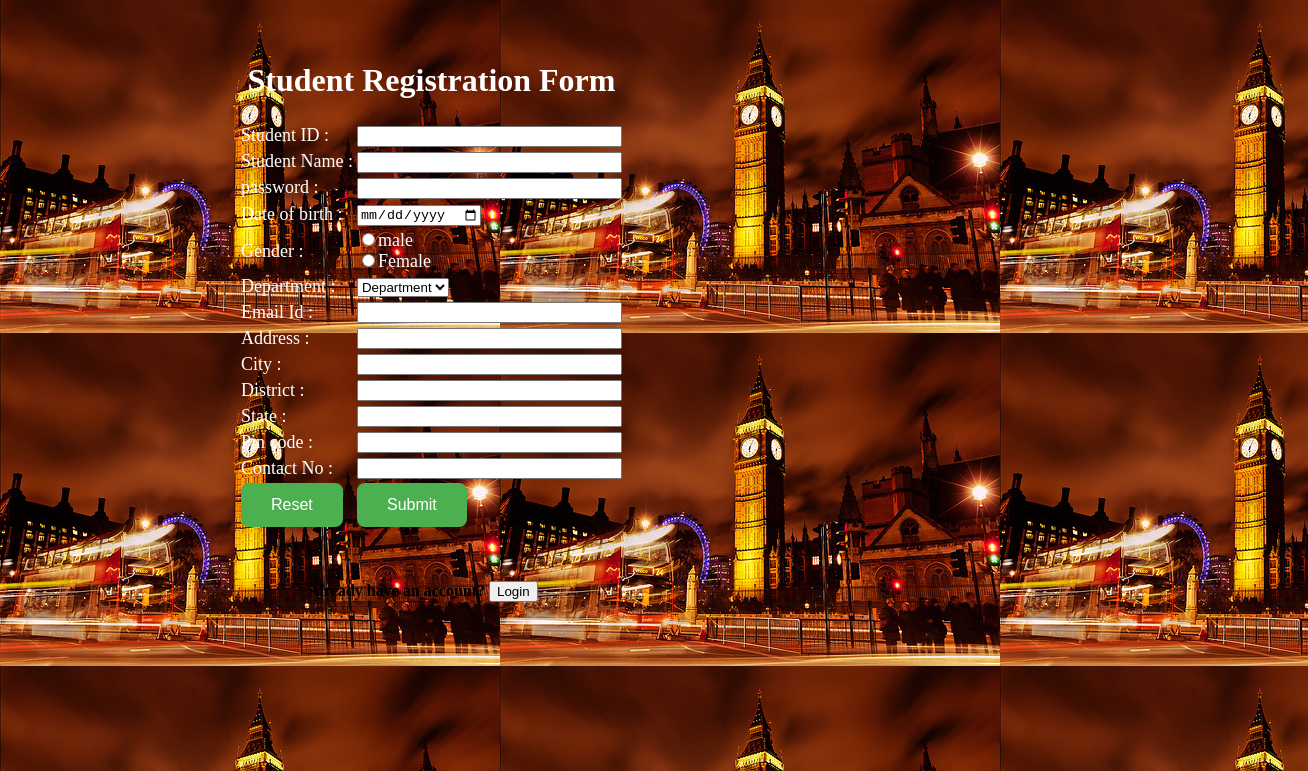
Repository: srikanthModugu/jdbc-servlet-jsp
Page: SutudentRegistration/WebContent/Registration.html
The author's editor kept a copy of each file at every save. The page is drawn from the files as they stood at one save, then again after the next save.
The browser window is 1280 px wide. The page is 1308 px wide, so the pictures cover 1308 px, including what lies to the right of the window. The pictures show the whole page.

Above is the page before, as saved 2017-10-02 14:45:09.
Console error: SyntaxError: Unexpected end of input

### SutudentRegistration/WebContent/Registration.html
<!DOCTYPE html>
<html>
<head>
<meta charset="UTF-8">
<title>Registration Page</title>
<style type="text/css">
.button {
	border: none;
	border-radius: 8px;
	color: white;
	padding: 13px 30px;
	text-align: center;
	text-decoration: none;
	background-color: #4CAF50;
	display: inline-block;
	font-size: 16px;
}

input[type=submit]
{
	border: none;
	border-radius: 8px;
	color: white;
	padding: 13px 30px;
	text-align: center;
	text-decoration: none;

	display: inline-block;
	font-size: 16px;
}

button:hover {
	background-color: #4CAF50;
	color: white;
	box-shadow: 0 12px 16px 0 rgba(0, 0, 0, 0.24), 0 17px 50px 0
		rgba(0, 0, 0, 0.19);
}

td {
	font-size: 18px;
}
</style>

<script type="text/javascript">
function validateform(){
	var name=document.myform.studentName.value;
	var password=document.myform.password.value;

	if (name==null || name==""){
	  alert("Name can't be blank");
	  return false;
	}else if(password.length<6){
	  alert("Password must be at least 6 characters long.");
	  return false;
	  }
</script>

</head>
<body background="fristBg.jpg">
	<div style="height: 755px; width: 1300px; ">





		<div style="height: 700px; width: 1300px; color: white; float: left;">

			<div style="height: 700px; width: 200px;  float: left;">

			</div>

			<div
				style="height: 700px; width: 700px;  color: black; float: left;">
				<form action="Registerformservlet" method="get"  onsubmit="return validateform()" name="myform"  >
					<table style="height: 600; width: 700; margin: 30px;  color: white;">

						<tr>
							<th colspan="2"><h1>Student Registration Form</h1></th>
						</tr>

						<tr>
							<td>Student ID :</td>
							<td><input type='text' name='studentid' size='30'><br></td>
						</tr>

						<tr>
							<td>Student Name :</td>
							<td><input type='text' name='studentName' size='30'><br></td>
						</tr>

						<tr>
							<td>password :</td>
							<td><input type='password' name='password' size='30'><br></td>
						</tr>

						<tr>
							<td>Date of birth :</td>
							<td><input type='date' name="DOB">
							<br></td>
						</tr>

						<tr>
							<td>Gender :</td>
							<td><input type='radio' name='gender' value='male'>male<br>
								<input type='radio' name='gender' value='female'>Female<br></td>
						</tr>

						<tr>
							<td>Department :</td>
							<td><select name='department'>
									<option>Department</option>
									<option>Computer</option>
									<option>Civil</option>
									<option>E & TC</option>
									<option>Mechanical</option>
									<option>IT</option>
							</select></td>
						</tr>

						<tr>
							<td>Email Id :</td>
							<td><input type='email' name='emailId' size='30'><br></td>
						</tr>

						<tr>
							<td>Address :</td>
							<td><input type='text' name='address' size='30'><br></td>
						</tr>

						<tr>
							<td>City :</td>
							<td><input type='text' name='city' size='30'><br></td>
						</tr>

						<tr>
							<td>District :</td>
							<td><input type='text' name='district' size='30'><br></td>
						</tr>

						<tr>
							<td>State :</td>
							<td><input type='text' name='state' size='30'><br></td>
						</tr>

						<tr>
							<td>Pin code :</td>
							<td><input type='text' name='pincode' size='30'
								pattern="[0-9]{4}" maxlength="6"><br></td>
						</tr>

						<tr>
							<td>Contact No :</td>
							<td><input type='text' name='contactNo' size='30'><br></td>
						</tr>


						<tr>
							<td><button class="button" type="submit" formaction="RegisterForm.html">Reset</button></td>
							<td><input class="button" type="submit" value="Submit"></td>
						</tr>
					</table>

					<div
						style="height: 25px; width: 400px;  color: black; float: left; margin-left: 100px">
						<h4>
							Already have an account?
							<button type="submit" formaction="LoginPage.html">Login</button>
						</h4>
					</div>
				</form>


			</div>

	</div>

</html>

After the next save:
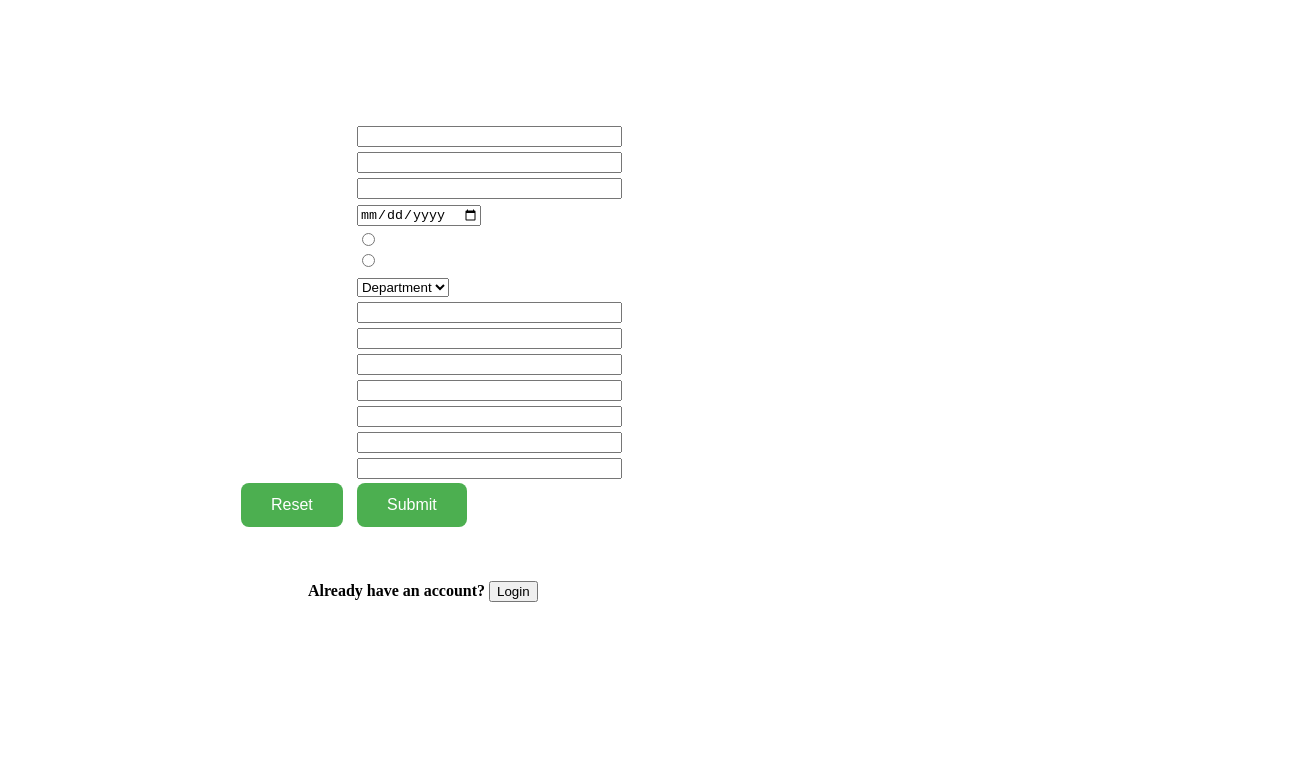
Not found: SutudentRegistration/WebContent/backGround.jpeg.jpg
Saved 2 min 6 s later.
--- a/SutudentRegistration/WebContent/Registration.html
+++ b/SutudentRegistration/WebContent/Registration.html
@@ -56,7 +56,7 @@
 </script>
 
 </head>
-<body background="fristBg.jpg">
+<body background="backGround.jpeg.jpg">
 	<div style="height: 755px; width: 1300px; ">
 
 

After the save that followed:
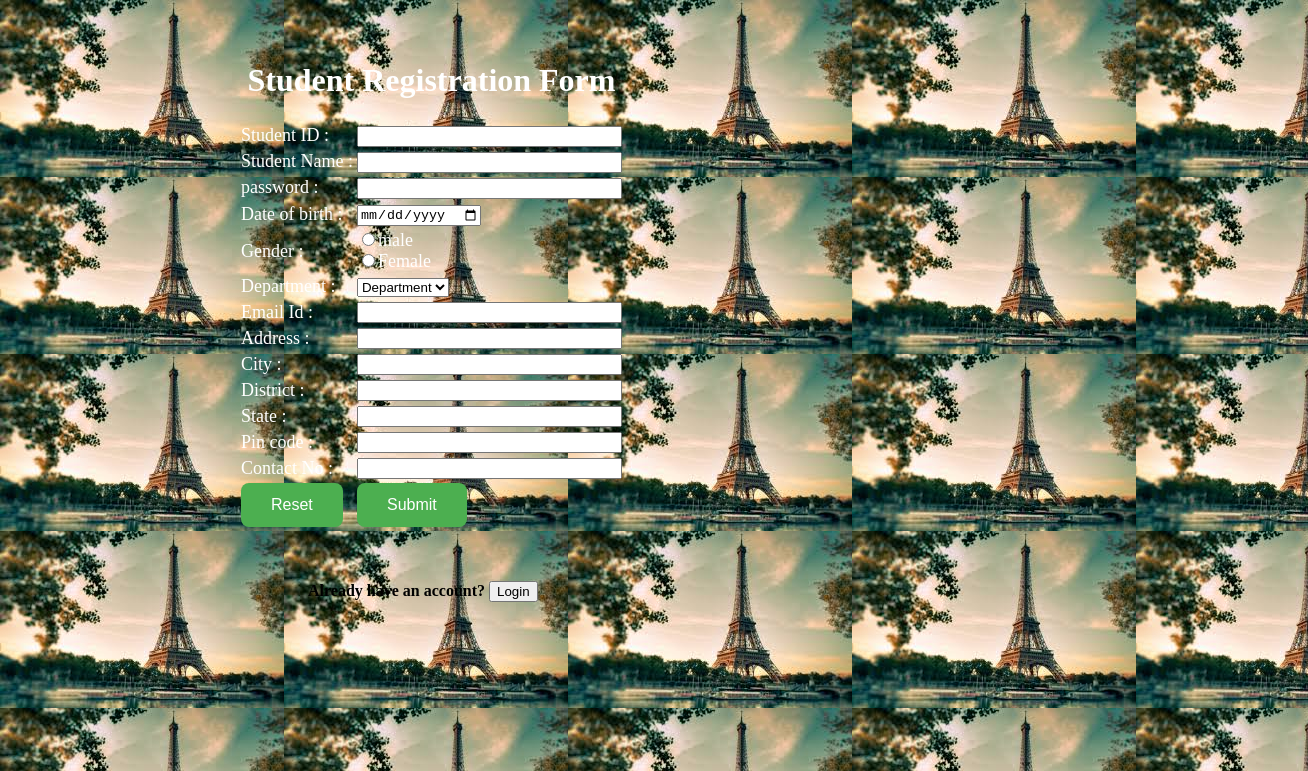
Saved 24 s later.
--- a/SutudentRegistration/WebContent/Registration.html
+++ b/SutudentRegistration/WebContent/Registration.html
@@ -56,7 +56,7 @@
 </script>
 
 </head>
-<body background="backGround.jpeg.jpg">
+<body background="backGround.jpeg">
 	<div style="height: 755px; width: 1300px; ">
 
 
